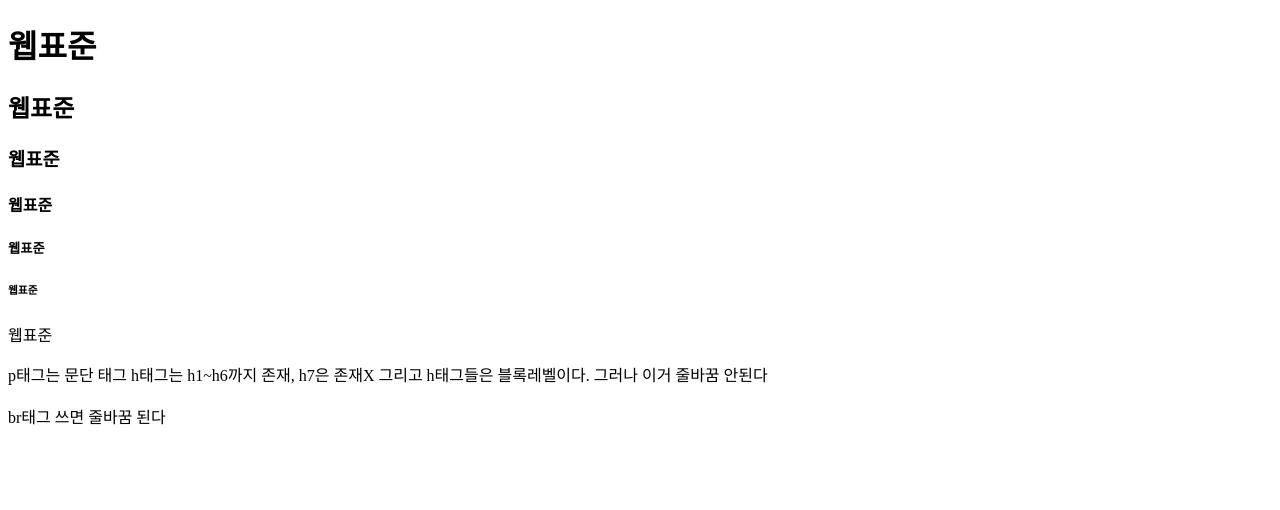
Repository: keeka2/webPractice
Page: MyStudy/HTML_Study/work/0821/WebContent/ex1.html
An editor plug-in stored every save of this project. The page is shown before and after the next save, followed by the edit.
The browser window is 1280 px wide. The pictures show the whole page.

Above is the page before, as saved 2020-08-21 02:11:20.

### MyStudy/HTML_Study/work/0821/WebContent/ex1.html
<!DOCTYPE html>
<html>
<head>
<meta charset="UTF-8">
<title>Insert title here</title>
</head>
<body>

	<h1>웹표준</h1>
	<h2>웹표준</h2>
	<h3>웹표준</h3>
	<h4>웹표준</h4>
	<h5>웹표준</h5>
	<h6>웹표준</h6>
	<h7>웹표준</h7><!-- h7태그는 없는 태그다 -->
	<p>
		p태그는 문단 태그
		h태그는 h1~h6까지 존재, h7은 존재X
		그리고 h태그들은 블록레벨이다.
		그러나 이거 줄바꿈 안된다<br/>
		<br>br태그 쓰면 줄바꿈 된다</br>
	</p>
</body>
</html>

After the next save:
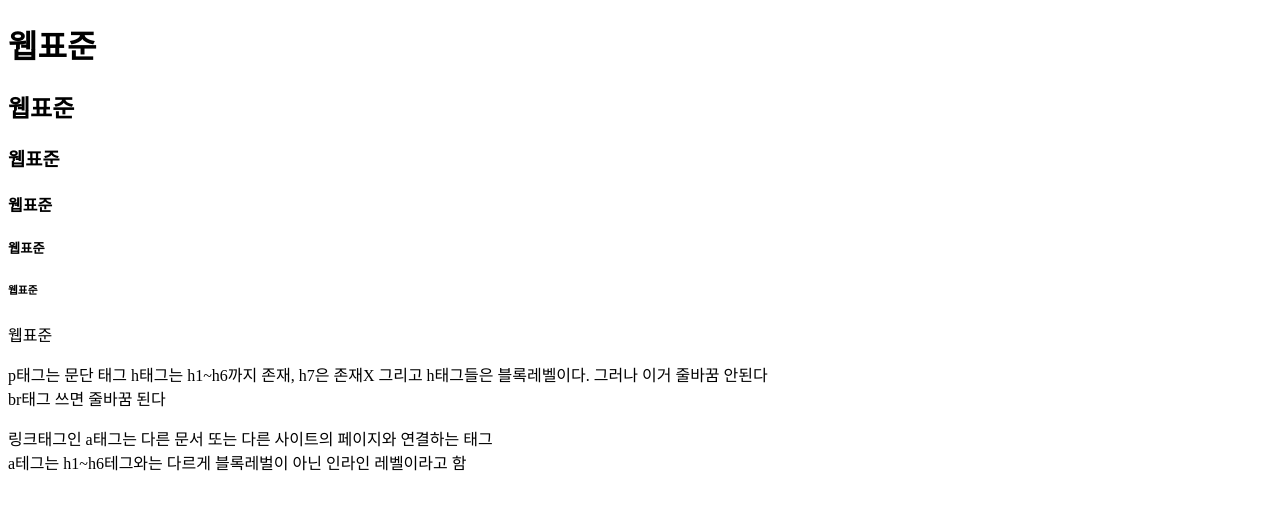
Saved 2 min 58 s later.
--- a/MyStudy/HTML_Study/work/0821/WebContent/ex1.html
+++ b/MyStudy/HTML_Study/work/0821/WebContent/ex1.html
@@ -18,7 +18,12 @@
 		h태그는 h1~h6까지 존재, h7은 존재X
 		그리고 h태그들은 블록레벨이다.
 		그러나 이거 줄바꿈 안된다<br/>
-		<br>br태그 쓰면 줄바꿈 된다</br>
+		br태그 쓰면 줄바꿈 된다
+	</p>
+
+	<p>
+		링크태그인 a태그는 다른 문서 또는 다른 사이트의 페이지와 연결하는 태그<br/>
+		a테그는 h1~h6테그와는 다르게 블록레벌이 아닌 인라인 레벨이라고 함<br/>
 	</p>
 </body>
 </html>
